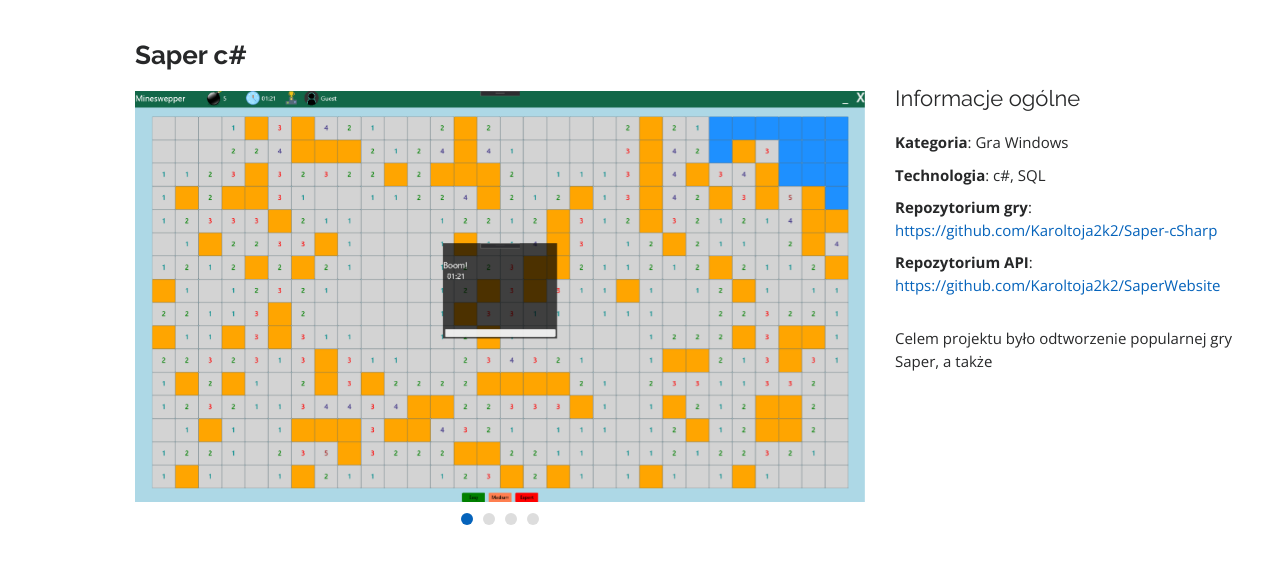
Repository: Karoltoja2k2/MyResume
Page: mineswepperC#-details.html
An editor plug-in stored every save of this project. The page is shown before and after a run of saves, followed by the edit.
The browser window is 1280 px wide. The pictures show the whole page.
Pictures or frames that could not be fetched are drawn as grey boxes.

Above is the page before, as saved 2020-06-21 14:50:04.

### mineswepperC#-details.html
<!DOCTYPE html>
<html lang="en">

<head>
  <meta charset="utf-8">
  <meta content="width=device-width, initial-scale=1.0" name="viewport">

  <title>Saper c#</title>
  <meta content="" name="descriptison">
  <meta content="" name="keywords">

  <!-- Favicons -->
  <link href="assets/img/favicon.png" rel="icon">
  <link href="assets/img/apple-touch-icon.png" rel="apple-touch-icon">

  <!-- Google Fonts -->
  <link href="https://fonts.googleapis.com/css?family=Open+Sans:300,300i,400,400i,600,600i,700,700i|Raleway:300,300i,400,400i,500,500i,600,600i,700,700i|Poppins:300,300i,400,400i,500,500i,600,600i,700,700i" rel="stylesheet">

  <!-- Vendor CSS Files -->
  <link href="assets/vendor/bootstrap/css/bootstrap.min.css" rel="stylesheet">
  <link href="assets/vendor/icofont/icofont.min.css" rel="stylesheet">
  <link href="assets/vendor/boxicons/css/boxicons.min.css" rel="stylesheet">
  <link href="assets/vendor/venobox/venobox.css" rel="stylesheet">
  <link href="assets/vendor/owl.carousel/assets/owl.carousel.min.css" rel="stylesheet">
  <link href="assets/vendor/aos/aos.css" rel="stylesheet">

  <!-- Template Main CSS File -->
  <link href="assets/css/style.css" rel="stylesheet">

  <!-- =======================================================
  * Template Name: MyResume - v2.0.0
  * Template URL: https://bootstrapmade.com/free-html-bootstrap-template-my-resume/
  * Author: BootstrapMade.com
  * License: https://bootstrapmade.com/license/
  ======================================================== -->
</head>

<body>

  <main id="main">

    <!-- ======= Portfolio Details ======= -->
    <section id="portfolio-details" class="portfolio-details">
      <div class="container" data-aos="fade-up">

        <div class="row">

          <div class="col-lg-8">
            <h2 class="portfolio-title">Saper c#</h2>
            <div class="owl-carousel portfolio-details-carousel">
              <img src="assets/img/portfolio/saper4.png" class="img-fluid" alt="">
              <img src="assets/img/portfolio/saper2.png" class="img-fluid" alt="">
              <img src="assets/img/portfolio/saper3.png" class="img-fluid" alt="">

              <iframe src="https://www.youtube.com/embed/J8SvmkNxbS8" style="position: relative; width: 100%; height: 400px;" frameborder="0" allow="accelerometer; autoplay; encrypted-media; gyroscope; picture-in-picture" allowfullscreen></iframe>
            </div>
          </div>
          <div class="col-lg-4 portfolio-info">
            <h3>Informacje ogólne</h3>
            <ul>
              <li><strong>Kategoria</strong>: Gra Windows</li>
              <li><strong>Technologia</strong>: c#, SQL</li>
              <li><strong>Repozytorium gry</strong>: <a href="https://github.com/Karoltoja2k2/Saper-cSharp"
                  target="_blank">https://github.com/Karoltoja2k2/Saper-cSharp</a></li>
              <li><strong>Repozytorium API</strong>: <a href="https://github.com/Karoltoja2k2/SaperWebsite"
                target="_blank">https://github.com/Karoltoja2k2/SaperWebsite</a></li>
            </ul>

            <p>
              Celem projektu było odtworzenie popularnej gry Saper, a także
            </p>
          </div>

        </div>

      </div>
    </section><!-- End Portfolio Details -->

  </main><!-- End #main -->

  <a href="#" class="back-to-top"><i class="bx bx-up-arrow-alt"></i></a>
  <div id="preloader"></div>

  <!-- Vendor JS Files -->
  <script src="assets/vendor/jquery/jquery.min.js"></script>
  <script src="assets/vendor/bootstrap/js/bootstrap.bundle.min.js"></script>
  <script src="assets/vendor/jquery.easing/jquery.easing.min.js"></script>
  <script src="assets/vendor/php-email-form/validate.js"></script>
  <script src="assets/vendor/waypoints/jquery.waypoints.min.js"></script>
  <script src="assets/vendor/counterup/counterup.min.js"></script>
  <script src="assets/vendor/isotope-layout/isotope.pkgd.min.js"></script>
  <script src="assets/vendor/venobox/venobox.min.js"></script>
  <script src="assets/vendor/owl.carousel/owl.carousel.min.js"></script>
  <script src="assets/vendor/typed.js/typed.min.js"></script>
  <script src="assets/vendor/aos/aos.js"></script>

  <!-- Template Main JS File -->
  <script src="assets/js/main.js"></script>

</body>

</html>

### assets/css/style.css
/**
* Template Name: MyResume - v2.0.0
* Template URL: https://bootstrapmade.com/free-html-bootstrap-template-my-resume/
* Author: BootstrapMade.com
* License: https://bootstrapmade.com/license/
*/

/*--------------------------------------------------------------
# General
--------------------------------------------------------------*/
body {
  font-family: "Open Sans", sans-serif;
  color: #272829;
}

a {
  color: #0563bb;
}

a:hover {
  color: #067ded;
  text-decoration: none;
}

h1, h2, h3, h4, h5, h6 {
  font-family: "Raleway", sans-serif;
}

/*--------------------------------------------------------------
# Back to top button
--------------------------------------------------------------*/
.back-to-top {
  position: fixed;
  display: none;
  width: 40px;
  height: 40px;
  border-radius: 50px;
  right: 15px;
  bottom: 15px;
  background: #0563bb;
  color: #fff;
  transition: display 0.5s ease-in-out;
  z-index: 99999;
}

.back-to-top i {
  font-size: 24px;
  position: absolute;
  top: 7px;
  left: 8px;
}

.back-to-top:hover {
  color: #fff;
  background: #0678e3;
  transition: background 0.2s ease-in-out;
}

/*--------------------------------------------------------------
# Preloader
--------------------------------------------------------------*/
#preloader {
  position: fixed;
  top: 0;
  left: 0;
  right: 0;
  bottom: 0;
  z-index: 9999;
  overflow: hidden;
  background: #fff;
}

#preloader:before {
  content: "";
  position: fixed;
  top: calc(50% - 30px);
  left: calc(50% - 30px);
  border: 6px solid #0563bb;
  border-top-color: #fff;
  border-bottom-color: #fff;
  border-radius: 50%;
  width: 60px;
  height: 60px;
  -webkit-animation: animate-preloader 1s linear infinite;
  animation: animate-preloader 1s linear infinite;
}

@-webkit-keyframes animate-preloader {
  0% {
    transform: rotate(0deg);
  }
  100% {
    transform: rotate(360deg);
  }
}

@keyframes animate-preloader {
  0% {
    transform: rotate(0deg);
  }
  100% {
    transform: rotate(360deg);
  }
}

/*--------------------------------------------------------------
# Disable aos animation delay on mobile devices
--------------------------------------------------------------*/
@media screen and (max-width: 768px) {
  [data-aos-delay] {
    transition-delay: 0 !important;
  }
}

/*--------------------------------------------------------------
# Header
--------------------------------------------------------------*/
#header {
  position: fixed;
  top: 0;
  left: 0;
  bottom: 0;
  z-index: 9997;
  transition: all 0.5s;
  padding: 15px;
  overflow-y: auto;
}

@media (max-width: 992px) {
  #header {
    width: 300px;
    background: #fff;
    border-right: 1px solid #e6e9ec;
    left: -300px;
  }
}

@media (min-width: 992px) {
  #main {
    margin-left: 100px;
  }
}

/*--------------------------------------------------------------
# Navigation Menu
--------------------------------------------------------------*/
/* Desktop Navigation */
.nav-menu * {
  margin: 0;
  padding: 0;
  list-style: none;
}

.nav-menu > ul > li {
  position: relative;
  white-space: nowrap;
}

.nav-menu a {
  display: flex;
  align-items: center;
  color: #45505b;
  padding: 10px 18px;
  margin-bottom: 8px;
  transition: 0.3s;
  font-size: 15px;
  border-radius: 50px;
  background: #f2f3f5;
  height: 56px;
  width: 100%;
  overflow: hidden;
  transition: 0.3s;
}

.nav-menu a i {
  font-size: 20px;
}

.nav-menu a span {
  padding: 0 5px 0 7px;
  color: #45505b;
}

@media (min-width: 992px) {
  .nav-menu a {
    width: 56px;
  }
  .nav-menu a span {
    display: none;
    color: #fff;
  }
}

.nav-menu a:hover, .nav-menu .active > a, .nav-menu li:hover > a {
  color: #fff;
  background: #0563bb;
}

.nav-menu a:hover span, .nav-menu .active > a span, .nav-menu li:hover > a span {
  color: #fff;
}

.nav-menu a:hover, .nav-menu li:hover > a {
  width: 100%;
  color: #fff;
}

.nav-menu a:hover span, .nav-menu li:hover > a span {
  display: block;
}

/* Mobile Navigation */
.mobile-nav-toggle {
  position: fixed;
  right: 15px;
  top: 15px;
  z-index: 9998;
  border: 0;
  background: none;
  font-size: 24px;
  transition: all 0.4s;
  outline: none !important;
  line-height: 1;
  cursor: pointer;
  text-align: right;
}

.mobile-nav-toggle i {
  color: #45505b;
}

.mobile-nav-active {
  overflow: hidden;
}

.mobile-nav-active #header {
  left: 0;
}

.mobile-nav-active .mobile-nav-toggle i {
  color: #0563bb;
}

/*--------------------------------------------------------------
# Hero Section
--------------------------------------------------------------*/
#hero {
  width: 100%;
  height: 100vh;
  background: url("../img/hero-bg.jpg") top right no-repeat;
  background-size: cover;
  position: relative;
}

@media (min-width: 992px) {
  #hero {
    padding-left: 160px;
  }
}

#hero:before {
  content: "";
  background: rgba(255, 255, 255, 0.8);
  position: absolute;
  bottom: 0;
  top: 0;
  left: 0;
  right: 0;
}

#hero h1 {
  margin: 0;
  font-size: 64px;
  font-weight: 700;
  line-height: 56px;
  color: #45505b;
}

#hero p {
  color: #45505b;
  margin: 15px 0 0 0;
  font-size: 26px;
  font-family: "Poppins", sans-serif;
}

#hero p span {
  color: #0563bb;
  letter-spacing: 1px;
}

#hero .social-links {
  margin-top: 30px;
}

#hero .social-links a {
  font-size: 24px;
  display: inline-block;
  color: #45505b;
  line-height: 1;
  margin-right: 20px;
  transition: 0.3s;
}

#hero .social-links a:hover {
  color: #0563bb;
}

@media (max-width: 992px) {
  #hero {
    text-align: center;
  }
  #hero h1 {
    font-size: 32px;
    line-height: 36px;
  }
  #hero p {
    margin-top: 10px;
    font-size: 20px;
    line-height: 24px;
  }
}

/*--------------------------------------------------------------
# Sections General
--------------------------------------------------------------*/
section {
  padding: 60px 0;
  overflow: hidden;
}

.section-title {
  text-align: center;
  padding-bottom: 30px;
}

.section-title h2 {
  font-size: 32px;
  font-weight: bold;
  text-transform: uppercase;
  margin-bottom: 20px;
  padding-bottom: 20px;
  position: relative;
  color: #45505b;
}

.section-title h2::before {
  content: '';
  position: absolute;
  display: block;
  width: 120px;
  height: 1px;
  background: #ddd;
  bottom: 1px;
  left: calc(50% - 60px);
}

.section-title h2::after {
  content: '';
  position: absolute;
  display: block;
  width: 40px;
  height: 3px;
  background: #0563bb;
  bottom: 0;
  left: calc(50% - 20px);
}

.section-title p {
  margin-bottom: 0;
}

/*--------------------------------------------------------------
# About
--------------------------------------------------------------*/
.about .content h3 {
  font-weight: 700;
  font-size: 26px;
  color: #728394;
}

.about .content ul {
  list-style: none;
  padding: 0;
}

.about .content ul li {
  padding-bottom: 10px;
}

.about .content ul i {
  font-size: 20px;
  padding-right: 2px;
  color: #0563bb;
}

.about .content p:last-child {
  margin-bottom: 0;
}

/*--------------------------------------------------------------
# Facts
--------------------------------------------------------------*/
.facts .count-box {
  padding: 30px 30px 25px 30px;
  margin-top: 30px;
  width: 100%;
  position: relative;
  text-align: center;
  background: #fff;
}

.facts .count-box i {
  position: absolute;
  top: -25px;
  left: 50%;
  transform: translateX(-50%);
  font-size: 24px;
  background: #0563bb;
  padding: 12px;
  color: #fff;
  border-radius: 50px;
}

.facts .count-box span {
  font-size: 36px;
  display: block;
  font-weight: 600;
  color: #011426;
}

.facts .count-box p {
  padding: 0;
  margin: 0;
  font-family: "Raleway", sans-serif;
  font-size: 14px;
}

/*--------------------------------------------------------------
# Akills
--------------------------------------------------------------*/
.skills .progress {
  height: 50px;
  display: block;
  background: none;
}

.skills .progress .skill {
  padding: 10px 0;
  margin: 0 0 6px 0;
  text-transform: uppercase;
  display: block;
  font-weight: 600;
  font-family: "Poppins", sans-serif;
  color: #45505b;
}

.skills .progress .skill .val {
  float: right;
  font-style: normal;
}

.skills .progress-bar-wrap {
  background: #f2f3f5;
}

.skills .progress-bar {
  width: 1px;
  height: 10px;
  transition: .9s;
  background-color: #0563bb;
}

/*--------------------------------------------------------------
# Resume
--------------------------------------------------------------*/
.resume .resume-title {
  font-size: 26px;
  font-weight: 700;
  margin-top: 20px;
  margin-bottom: 20px;
  color: #45505b;
}

.resume .resume-item {
  padding: 0 0 20px 20px;
  margin-top: -2px;
  border-left: 2px solid #0563bb;
  position: relative;
}

.resume .resume-item h4 {
  line-height: 18px;
  font-size: 18px;
  font-weight: 600;
  text-transform: uppercase;
  font-family: "Poppins", sans-serif;
  color: #0563bb;
  margin-bottom: 10px;
}

.resume .resume-item h5 {
  font-size: 16px;
  background: #f7f8f9;
  padding: 5px 15px;
  display: inline-block;
  font-weight: 600;
  margin-bottom: 10px;
}

.resume .resume-item ul {
  padding-left: 20px;
}

.resume .resume-item ul li {
  padding-bottom: 10px;
}

.resume .resume-item:last-child {
  padding-bottom: 0;
}

.resume .resume-item::before {
  content: "";
  position: absolute;
  width: 16px;
  height: 16px;
  border-radius: 50px;
  left: -9px;
  top: 0;
  background: #fff;
  border: 2px solid #0563bb;
}

/*--------------------------------------------------------------
# Portfolio
--------------------------------------------------------------*/
.portfolio .portfolio-item {
  margin-bottom: 30px;
}

.portfolio #portfolio-flters {
  padding: 0;
  margin: 0 auto 25px auto;
  list-style: none;
  text-align: center;
  background: #fff;
  border-radius: 50px;
  padding: 2px 15px;
}

.portfolio #portfolio-flters li {
  cursor: pointer;
  display: inline-block;
  padding: 10px 15px;
  font-size: 14px;
  font-weight: 600;
  line-height: 1;
  text-transform: uppercase;
  color: #272829;
  margin-bottom: 5px;
  transition: all 0.3s ease-in-out;
}

.portfolio #portfolio-flters li:hover, .portfolio #portfolio-flters li.filter-active {
  color: #0563bb;
}

.portfolio #portfolio-flters li:last-child {
  margin-right: 0;
}

.portfolio .portfolio-wrap {
  transition: 0.3s;
  position: relative;
  overflow: hidden;
  z-index: 1;
  background: rgba(69, 80, 91, 0.8);
}

.portfolio .portfolio-wrap::before {
  content: "";
  background: rgba(255, 255, 255, 0.7);
  position: absolute;
  left: 30px;
  right: 30px;
  top: 30px;
  bottom: 30px;
  transition: all ease-in-out 0.3s;
  z-index: 2;
  opacity: 0;
}

.portfolio .portfolio-wrap .portfolio-info {
  opacity: 0;
  position: absolute;
  top: 0;
  left: 0;
  right: 0;
  bottom: 0;
  text-align: center;
  z-index: 3;
  transition: all ease-in-out 0.3s;
  display: flex;
  flex-direction: column;
  justify-content: center;
  align-items: center;
}

.portfolio .portfolio-wrap .portfolio-info::before {
  display: block;
  content: "";
  width: 48px;
  height: 48px;
  position: absolute;
  top: 35px;
  left: 35px;
  border-top: 3px solid #d7dce1;
  border-left: 3px solid #d7dce1;
  transition: all 0.5s ease 0s;
  z-index: 9994;
}

.portfolio .portfolio-wrap .portfolio-info::after {
  display: block;
  content: "";
  width: 48px;
  height: 48px;
  position: absolute;
  bottom: 35px;
  right: 35px;
  border-bottom: 3px solid #d7dce1;
  border-right: 3px solid #d7dce1;
  transition: all 0.5s ease 0s;
  z-index: 9994;
}

.portfolio .portfolio-wrap .portfolio-info h4 {
  font-size: 20px;
  color: #45505b;
  font-weight: 600;
}

.portfolio .portfolio-wrap .portfolio-info p {
  color: #45505b;
  font-size: 14px;
  text-transform: uppercase;
  padding: 0;
  margin: 0;
}

.portfolio .portfolio-wrap .portfolio-links {
  text-align: center;
  z-index: 4;
}

.portfolio .portfolio-wrap .portfolio-links a {
  color: #45505b;
  margin: 0 2px;
  font-size: 28px;
  display: inline-block;
  transition: 0.3s;
}

.portfolio .portfolio-wrap .portfolio-links a:hover {
  color: #148af9;
}

.portfolio .portfolio-wrap:hover::before {
  top: 0;
  left: 0;
  right: 0;
  bottom: 0;
  opacity: 1;
}

.portfolio .portfolio-wrap:hover .portfolio-info {
  opacity: 1;
}

.portfolio .portfolio-wrap:hover .portfolio-info::before {
  top: 15px;
  left: 15px;
}

.portfolio .portfolio-wrap:hover .portfolio-info::after {
  bottom: 15px;
  right: 15px;
}

/*--------------------------------------------------------------
# Services
--------------------------------------------------------------*/
.services .icon-box {
  text-align: center;
  padding: 70px 20px 80px 20px;
  transition: all ease-in-out 0.3s;
  background: #fff;
  box-shadow: 0px 5px 90px 0px rgba(110, 123, 131, 0.05);
}

.services .icon-box .icon {
  margin: 0 auto;
  width: 100px;
  height: 100px;
  display: flex;
  align-items: center;
  justify-content: center;
  transition: ease-in-out 0.3s;
  position: relative;
}

.services .icon-box .icon i {
  font-size: 36px;
  transition: 0.5s;
  position: relative;
}

.services .icon-box .icon svg {
  position: absolute;
  top: 0;
  left: 0;
}

.services .icon-box .icon svg path {
  transition: 0.5s;
  fill: #f5f5f5;
}

.services .icon-box h4 {
  font-weight: 600;
  margin: 10px 0 15px 0;
  font-size: 22px;
}

.services .icon-box h4 a {
  color: #45505b;
  transition: ease-in-out 0.3s;
}

.services .icon-box p {
  line-height: 24px;
  font-size: 14px;
  margin-bottom: 0;
}

.services .icon-box:hover {
  border-color: #fff;
  box-shadow: 0px 0 35px 0 rgba(0, 0, 0, 0.08);
}

.services .iconbox-blue i {
  color: #47aeff;
}

.services .iconbox-blue:hover .icon i {
  color: #fff;
}

.services .iconbox-blue:hover .icon path {
  fill: #47aeff;
}

.services .iconbox-orange i {
  color: #ffa76e;
}

.services .iconbox-orange:hover .icon i {
  color: #fff;
}

.services .iconbox-orange:hover .icon path {
  fill: #ffa76e;
}

.services .iconbox-pink i {
  color: #e80368;
}

.services .iconbox-pink:hover .icon i {
  color: #fff;
}

.services .iconbox-pink:hover .icon path {
  fill: #e80368;
}

.services .iconbox-yellow i {
  color: #ffbb2c;
}

.services .iconbox-yellow:hover .icon i {
  color: #fff;
}

.services .iconbox-yellow:hover .icon path {
  fill: #ffbb2c;
}

.services .iconbox-red i {
  color: #ff5828;
}

.services .iconbox-red:hover .icon i {
  color: #fff;
}

.services .iconbox-red:hover .icon path {
  fill: #ff5828;
}

.services .iconbox-teal i {
  color: #11dbcf;
}

.services .iconbox-teal:hover .icon i {
  color: #fff;
}

.services .iconbox-teal:hover .icon path {
  fill: #11dbcf;
}

/*--------------------------------------------------------------
# Testimonials
--------------------------------------------------------------*/
.testimonials .section-header {
  margin-bottom: 40px;
}

.testimonials .testimonial-item {
  text-align: center;
}

.testimonials .testimonial-item .testimonial-img {
  width: 120px;
  border-radius: 50%;
  border: 4px solid #fff;
  margin: 0 auto;
}

.testimonials .testimonial-item h3 {
  font-size: 20px;
  font-weight: bold;
  margin: 10px 0 5px 0;
  color: #111;
}

.testimonials .testimonial-item h4 {
  font-size: 14px;
  color: #999;
  margin: 0 0 15px 0;
}

.testimonials .testimonial-item .quote-icon-left, .testimonials .testimonial-item .quote-icon-right {
  color: #90c8fc;
  font-size: 26px;
}

.testimonials .testimonial-item .quote-icon-left {
  display: inline-block;
  left: -5px;
  position: relative;
}

.testimonials .testimonial-item .quote-icon-right {
  display: inline-block;
  right: -5px;
  position: relative;
  top: 10px;
}

.testimonials .testimonial-item p {
  font-style: italic;
  margin: 0 auto 15px auto;
}

.testimonials .owl-nav, .testimonials .owl-dots {
  margin-top: 5px;
  text-align: center;
}

.testimonials .owl-dot {
  display: inline-block;
  margin: 0 5px;
  width: 12px;
  height: 12px;
  border-radius: 50%;
  background-color: #ddd !important;
}

.testimonials .owl-dot.active {
  background-color: #0563bb !important;
}

@media (min-width: 992px) {
  .testimonials .testimonial-item p {
    width: 80%;
  }
}

/*--------------------------------------------------------------
# Contact
--------------------------------------------------------------*/
.contact .info {
  width: 100%;
  background: #fff;
}

.contact .info i {
  font-size: 20px;
  color: #0563bb;
  float: left;
  width: 44px;
  height: 44px;
  background: #eef7ff;
  display: flex;
  justify-content: center;
  align-items: center;
  border-radius: 50px;
  transition: all 0.3s ease-in-out;
}

.contact .info h4 {
  padding: 0 0 0 60px;
  font-size: 22px;
  font-weight: 600;
  margin-bottom: 5px;
  color: #45505b;
}

.contact .info p {
  padding: 0 0 0 60px;
  margin-bottom: 0;
  font-size: 14px;
  color: #728394;
}

.contact .info .email, .contact .info .phone {
  margin-top: 40px;
}

.contact .info .email:hover i, .contact .info .address:hover i, .contact .info .phone:hover i {
  background: #0563bb;
  color: #fff;
}

.contact .php-email-form {
  width: 100%;
  background: #fff;
}

.contact .php-email-form .form-group {
  padding-bottom: 8px;
}

.contact .php-email-form .validate {
  display: none;
  color: red;
  margin: 0 0 15px 0;
  font-weight: 400;
  font-size: 13px;
}

.contact .php-email-form .error-message {
  display: none;
  color: #fff;
  background: #ed3c0d;
  text-align: center;
  padding: 15px;
  font-weight: 600;
}

.contact .php-email-form .sent-message {
  display: none;
  color: #fff;
  background: #18d26e;
  text-align: center;
  padding: 15px;
  font-weight: 600;
}

.contact .php-email-form .loading {
  display: none;
  background: #fff;
  text-align: center;
  padding: 15px;
}

.contact .php-email-form .loading:before {
  content: "";
  display: inline-block;
  border-radius: 50%;
  width: 24px;
  height: 24px;
  margin: 0 10px -6px 0;
  border: 3px solid #18d26e;
  border-top-color: #eee;
  -webkit-animation: animate-loading 1s linear infinite;
  animation: animate-loading 1s linear infinite;
}

.contact .php-email-form input, .contact .php-email-form textarea {
  border-radius: 4px;
  box-shadow: none;
  font-size: 14px;
}

.contact .php-email-form input {
  height: 44px;
}

.contact .php-email-form textarea {
  padding: 10px 12px;
}

.contact .php-email-form button[type="submit"] {
  background: #0563bb;
  border: 0;
  padding: 10px 35px;
  color: #fff;
  transition: 0.4s;
  border-radius: 50px;
}

.contact .php-email-form button[type="submit"]:hover {
  background: #0678e3;
}

@-webkit-keyframes animate-loading {
  0% {
    transform: rotate(0deg);
  }
  100% {
    transform: rotate(360deg);
  }
}

@keyframes animate-loading {
  0% {
    transform: rotate(0deg);
  }
  100% {
    transform: rotate(360deg);
  }
}

/*--------------------------------------------------------------
# Portfolio Details
--------------------------------------------------------------*/
.portfolio-details {
  padding: 40px 0;
}

.portfolio-details .portfolio-title {
  font-size: 26px;
  font-weight: 700;
  margin-bottom: 20px;
}

.portfolio-details .portfolio-details-carousel .owl-nav, .portfolio-details .portfolio-details-carousel .owl-dots {
  margin-top: 5px;
  text-align: center;
}

.portfolio-details .portfolio-details-carousel .owl-dot {
  display: inline-block;
  margin: 0 5px;
  width: 12px;
  height: 12px;
  border-radius: 50%;
  background-color: #ddd !important;
}

.portfolio-details .portfolio-details-carousel .owl-dot.active {
  background-color: #0563bb !important;
}

.portfolio-details .portfolio-info {
  padding-top: 45px;
}

.portfolio-details .portfolio-info h3 {
  font-size: 22px;
  font-weight: 400;
  margin-bottom: 20px;
}

.portfolio-details .portfolio-info ul {
  list-style: none;
  padding: 0;
  font-size: 15px;
}

.portfolio-details .portfolio-info ul li + li {
  margin-top: 10px;
}

.portfolio-details .portfolio-info p {
  font-size: 15px;
  padding: 15px 0 0 0;
}

@media (max-width: 992px) {
  .portfolio-details .portfolio-info {
    padding-top: 20px;
  }
}

/*--------------------------------------------------------------
# Footer
--------------------------------------------------------------*/
#footer {
  background: #f7f8f9;
  color: #45505b;
  font-size: 14px;
  text-align: center;
  padding: 30px 0;
}

#footer h3 {
  font-size: 36px;
  font-weight: 700;
  position: relative;
  font-family: "Poppins", sans-serif;
  padding: 0;
  margin: 0 0 15px 0;
}

#footer p {
  font-size: 15;
  font-style: italic;
  padding: 0;
  margin: 0 0 40px 0;
}

#footer .social-links {
  margin: 0 0 40px 0;
}

#footer .social-links a {
  font-size: 18px;
  display: inline-block;
  background: #0563bb;
  color: #fff;
  line-height: 1;
  padding: 8px 0;
  margin-right: 4px;
  border-radius: 50%;
  text-align: center;
  width: 36px;
  height: 36px;
  transition: 0.3s;
}

#footer .social-links a:hover {
  background: #0678e3;
  color: #fff;
  text-decoration: none;
}

#footer .copyright {
  margin: 0 0 5px 0;
}

#footer .credits {
  font-size: 13px;
}

Loaded but not shown: assets/vendor/bootstrap/css/bootstrap.min.css (library); assets/vendor/icofont/icofont.min.css (library); assets/vendor/boxicons/css/boxicons.min.css (library); assets/vendor/venobox/venobox.css (library); assets/vendor/owl.carousel/assets/owl.carousel.min.css (library); assets/vendor/aos/aos.css (library); assets/vendor/jquery/jquery.min.js (library); assets/vendor/bootstrap/js/bootstrap.bundle.min.js (library); assets/vendor/jquery.easing/jquery.easing.min.js (common file); assets/vendor/php-email-form/validate.js (library); assets/vendor/waypoints/jquery.waypoints.min.js (library); assets/vendor/counterup/counterup.min.js (common file); assets/vendor/isotope-layout/isotope.pkgd.min.js (library); assets/vendor/venobox/venobox.min.js (library); assets/vendor/owl.carousel/owl.carousel.min.js (library); assets/vendor/typed.js/typed.min.js (library); assets/vendor/aos/aos.js (library); assets/js/main.js (179 lines, source omitted)

After the next 2 saves:
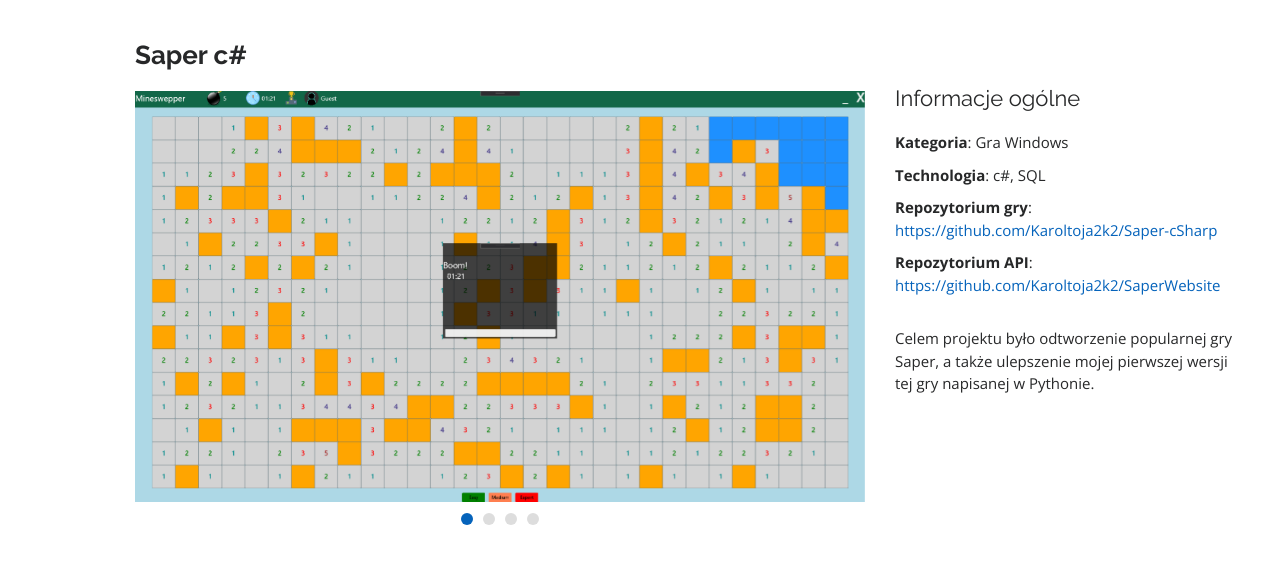
The 2 saves are shown as one change because they came seconds apart.
The last was saved 44 s later.
--- a/mineswepperC#-details.html
+++ b/mineswepperC#-details.html
@@ -67,7 +67,7 @@
             </ul>
 
             <p>
-              Celem projektu było odtworzenie popularnej gry Saper, a także
+              Celem projektu było odtworzenie popularnej gry Saper, a także ulepszenie mojej pierwszej wersji tej gry napisanej w Pythonie.
             </p>
           </div>
 
